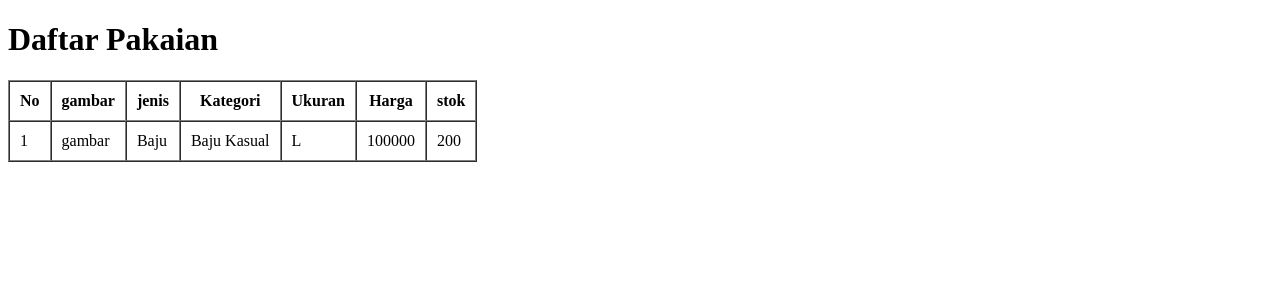
Repository: NovianRI/NovianRI.github.io
Page: http://localhost/
An editor plug-in stored every save of this project. The page is shown before and after the next save, followed by the edit.
The browser window is 1280 px wide. The pictures show the whole page.
The page is run by PHP 8.4 with error messages shown; the project is at /var/www/html/.

Above is the page before, as saved 2024-01-15 23:29:37.

After the next save:
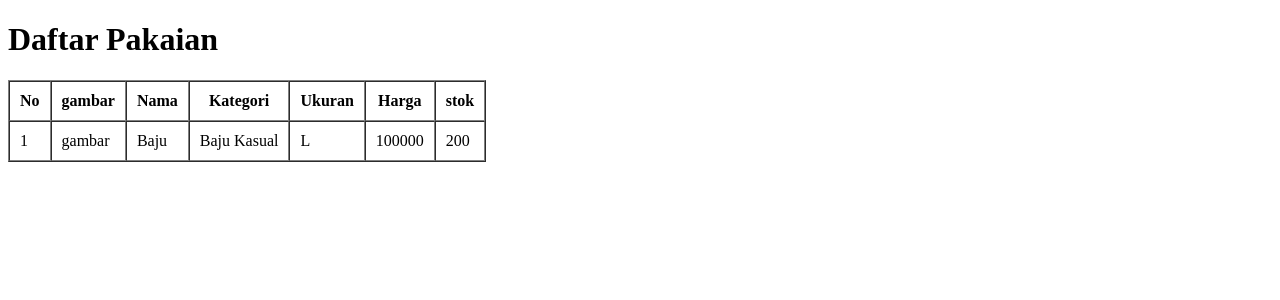
Saved 21 h 54 min later.
--- a/index.php
+++ b/index.php
@@ -13,7 +13,7 @@
         <tr>
             <th>No</th>
             <th>gambar</th>
-            <th>jenis</th>
+            <th>Nama</th>
             <th>Kategori</th>
             <th>Ukuran</th>
             <th>Harga</th>
